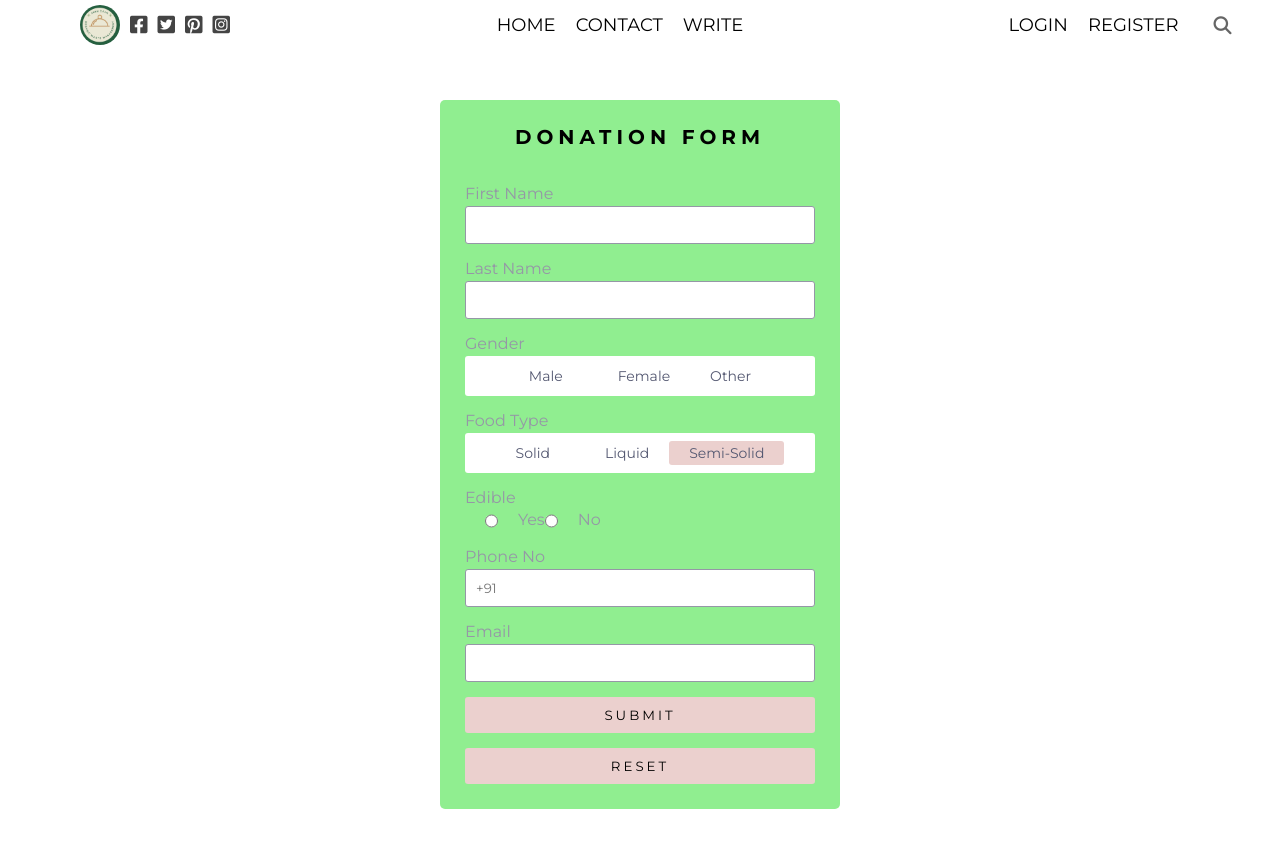
Repository: blsnabrhm/anna-daan
Page: /contact (app in client/)
The author's editor kept a copy of each file at every save. The page is drawn from the files as they stood at one save, then again after the next save.
The browser window is 1280 px wide. The pictures show the whole page.
Some web libraries are served in a nearby version. The project was rebuilt for these pictures with package versions that can differ from the ones it lists, and the page was loaded fresh each time. Also part of the build but not shown: client/src/components/header/header.css, client/src/components/header/Header.jsx, client/src/components/posts/posts.css, client/src/components/posts/Posts.jsx, client/src/components/sidebar/sidebar.css, client/src/components/sidebar/SideBar.jsx, client/src/pages/home/home.css, client/src/pages/home/Home.jsx and 13 more. Imported but missing from the stored project, and not drawn on this page: client/src/components/post/Post.

Above is the page before, as saved 2022-04-22 08:32:21.

After the next save:
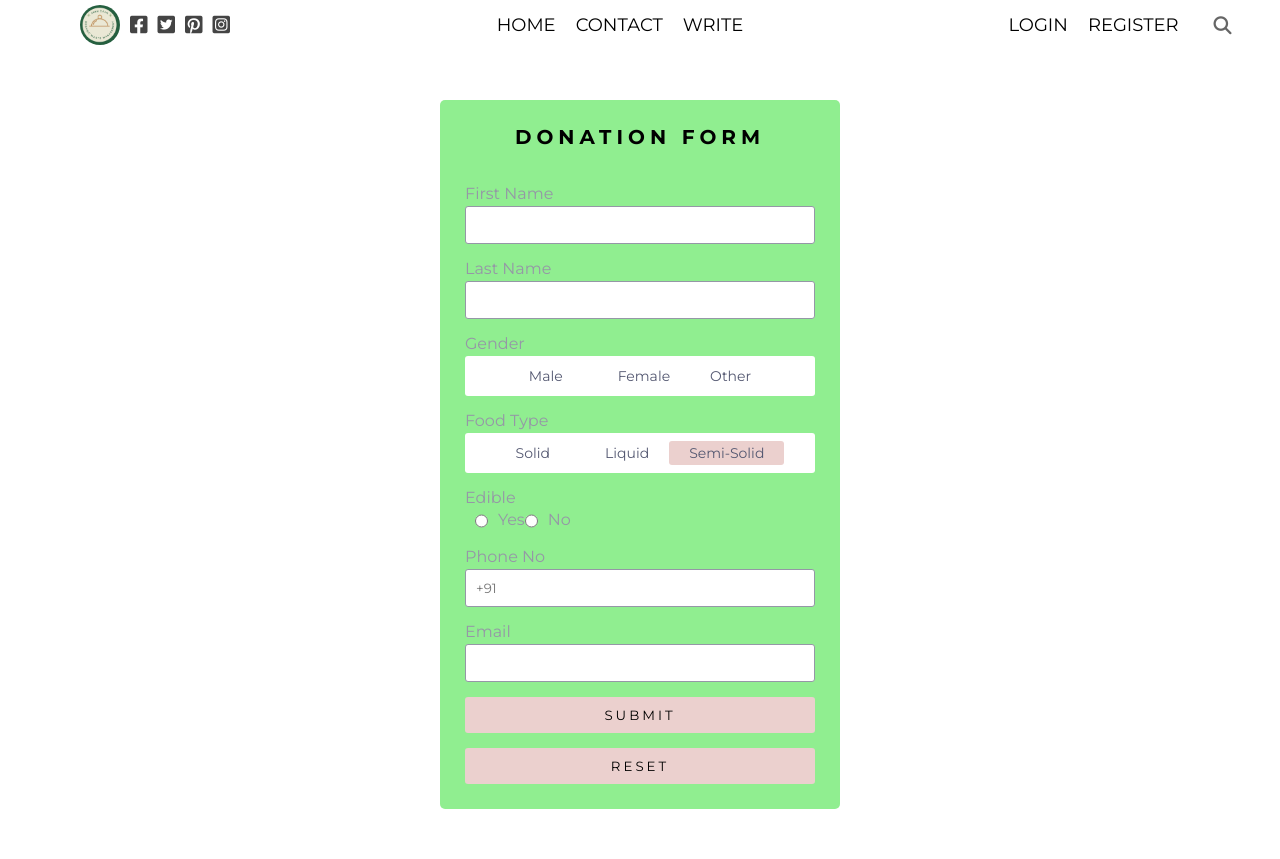
Saved 17 s later.
--- a/client/src/pages/contact/contact.css
+++ b/client/src/pages/contact/contact.css
@@ -18,7 +18,7 @@
 .edible {
     display: flex;
     flex-wrap: wrap;
-    margin-left: 20px;
+    margin-left: 10px;
 }
 
 .wrapper{
